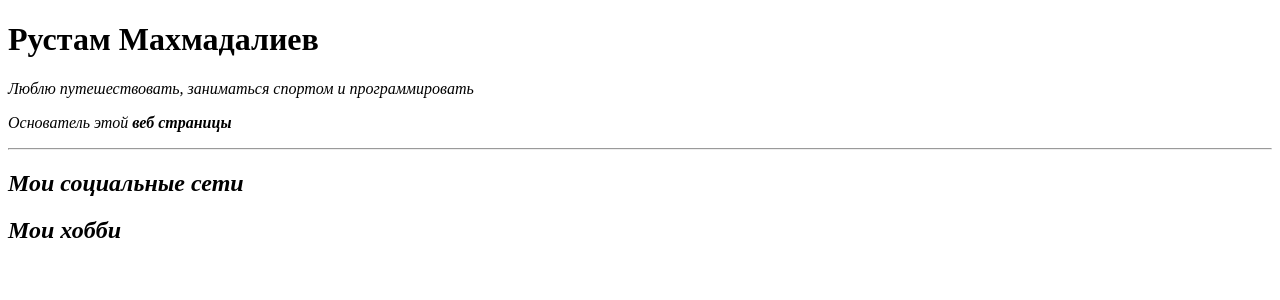
Repository: RustamMakh/html
Page: index.html
The author's editor kept a copy of each file at every save. The page is drawn from the files as they stood at one save, then again after the next save.
The browser window is 1280 px wide. The pictures show the whole page.

Above is the page before, as saved 2022-06-07 19:40:11.

After the next save:
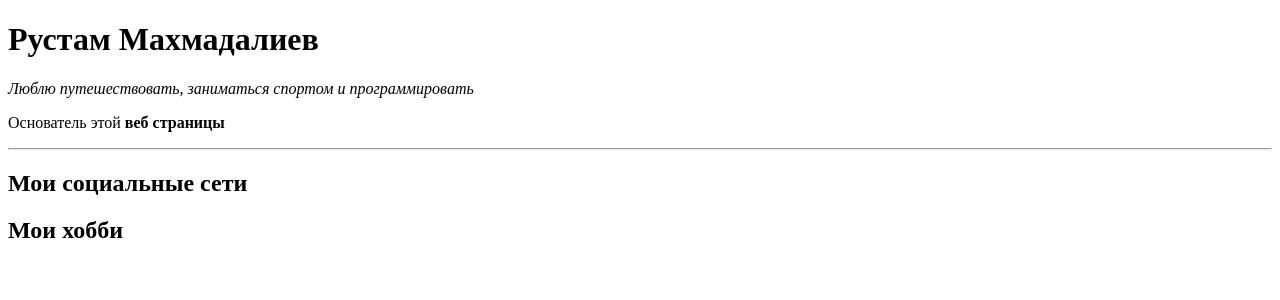
Saved 49 s later.
--- a/index.html
+++ b/index.html
@@ -8,7 +8,7 @@
 </head>
 <body>
   <h1>Рустам Махмадалиев</h1>
-  <p><em>Люблю путешествовать, заниматься спортом и программировать<em></p>
+  <p><em>Люблю путешествовать, заниматься спортом и программировать</em></p>
   <p>Основатель этой <strong>веб страницы</strong></p>
   <hr>
 
